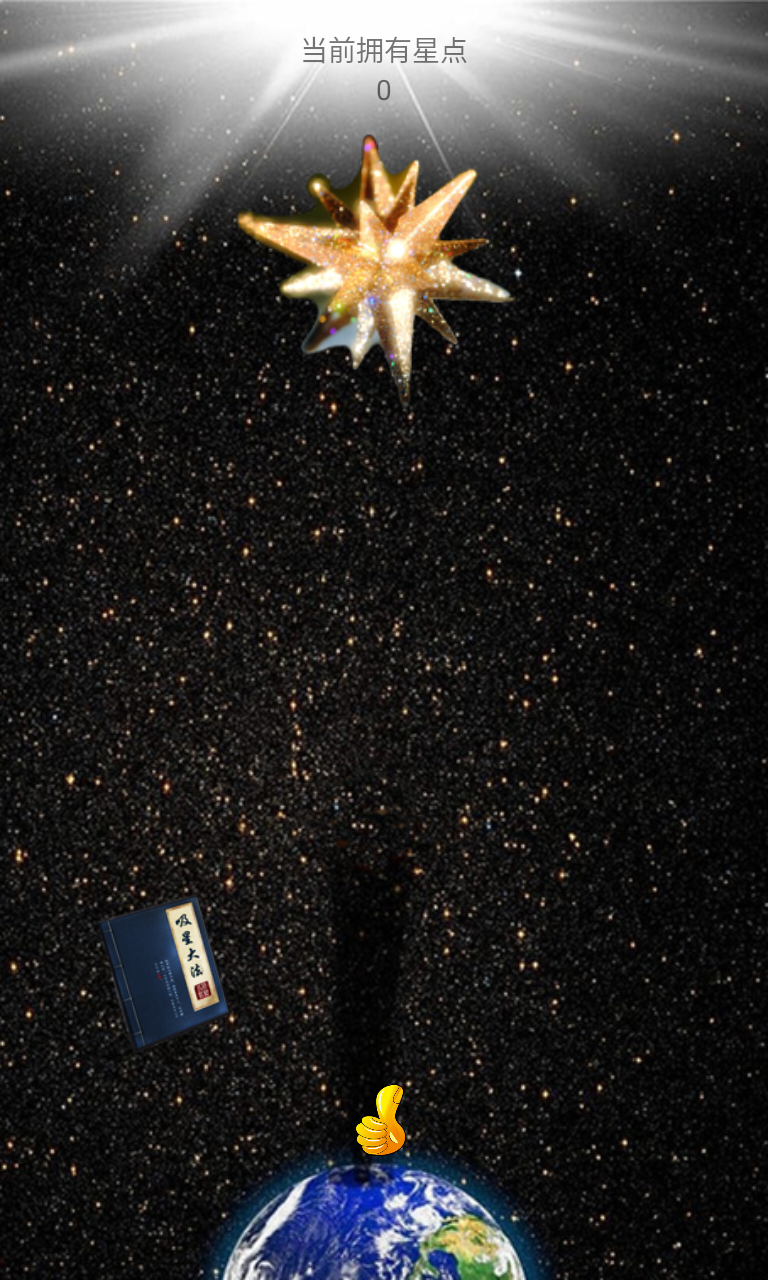
Repository: xianyun2014/StarPoint
Layout: game/res/layout/activity_main.xml
These files come from the project's save history. The layout is drawn as it stood at one moment and after the next save; the edit follows.
It is drawn on a 768 x 1280 px phone screen (xhdpi) without system bars, with theme AppTheme; the app's code is not run.

Above is the layout before, as saved 2014-11-16 15:46:37.

After the next save:
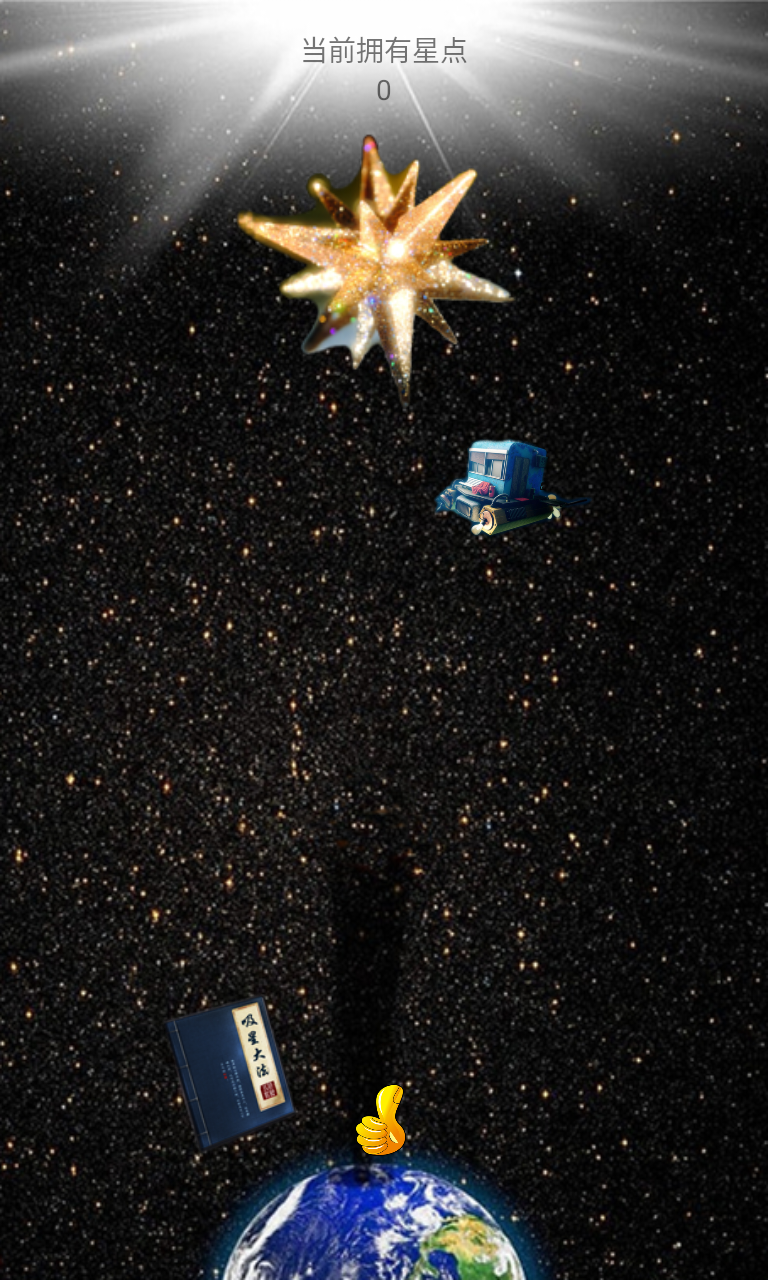
Saved 48 s later.
--- a/game/res/layout/activity_main.xml
+++ b/game/res/layout/activity_main.xml
@@ -52,8 +52,16 @@
         android:id="@+id/imageView3"
         android:layout_width="70dp"
         android:layout_height="100dp"
-        android:layout_above="@+id/imageView2"
-        android:layout_toLeftOf="@+id/imgStar"
+        android:layout_alignBottom="@+id/imageView2"
+        android:layout_toLeftOf="@+id/textView1"
         android:src="@drawable/jz_xzdf" />
 
+    <ImageView
+        android:id="@+id/imageView4"
+        android:layout_width="80dp"
+        android:layout_height="80dp"
+        android:layout_below="@+id/imgStar"
+        android:layout_toRightOf="@+id/imageView2"
+        android:src="@drawable/jz_mfw" />
+
 </RelativeLayout>
